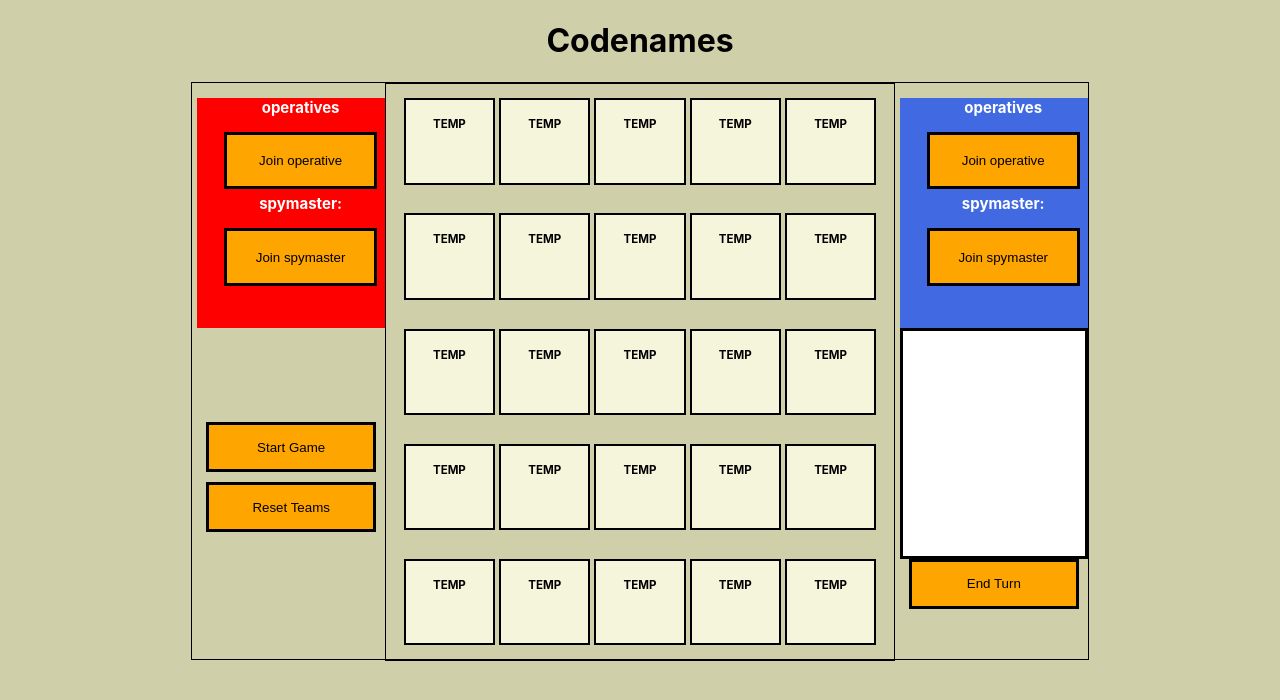
Repository: alcarrizo/Codenames-Fullstack
Page: / (app in client/)
These files come from the project's save history. The page is drawn as it stood at one moment and after the next save; the edit follows.
The browser window is 1280 px wide. The pictures show the whole page.
The project was rebuilt for these pictures with package versions that can differ from the ones it lists, and the page was loaded fresh each time. Imported but missing from the stored project, and not drawn on this page: client/src/reportWebVitals.

Above is the page before, as saved 2023-01-09 20:31:46.

### client/src/index.js
import React from 'react';
import ReactDOM from 'react-dom/client';
import './index.css';
import App from './App';
import reportWebVitals from './reportWebVitals';
import './css/styles.css'


const root = ReactDOM.createRoot(document.getElementById('root'));
root.render(
  <React.StrictMode>
    <App />
  </React.StrictMode>
);

// If you want to start measuring performance in your app, pass a function
// to log results (for example: reportWebVitals(console.log))
// or send to an analytics endpoint. Learn more: https://bit.ly/CRA-vitals
reportWebVitals();

### client/src/App.js
import logo from './logo.svg';
import './App.css';
import { useState, useEffect } from 'react';

const Wrapper = ({ cards }) => {
  return (
    <div className='wrapper'>
      <PlayerSide className="red" />
      <Board cards={cards} />
      <PlayerSide className="blue" />
      <div className='win-screen hide' id='win-screen'></div>
    </div>
  )
}

const Card = ({ word, className }) => {

  return (
    <div className={className}>
      {word === null ? 'temp' : word}
    </div>
  )
}
const PlayerSide = ({ className }) => {
  if (className === 'red') {
    return (
      <div className={className + "Side"}>
        <PlayerInfo className={className} />
        <div className='menu'>
          <Btn className='menuBtn' id="startBtn" name="Start Game" />
          <Btn className='menuBtn' id="resetBtn" name="Reset Teams" />
        </div>
      </div>
    )
  }
  else {
    return (
      <div className={className + "Side"}>
        <PlayerInfo className={className} />
        <div className='clue-log'></div>
        <Btn className='menuBtn' id="endTurn" name="End Turn" />
      </div>
    )
  }
}
const PlayerInfo = ({ className }) => {
  return (
    <div className={className + "Team"}>
      <p>operatives </p>
      <p id={className + '-operative-players'}></p>
      <Btn className="join-button" id={className + '-join-operative'} name="Join operative" />
      <p>spymaster: </p>
      <p id={className + '-spymaster-players'}></p>
      <Btn className="join-button" id={className + '-join-spymaster'} name="Join spymaster" />
      <p id={className + '-remaining-cards'}></p>
    </div>
  )

}

const Btn = (props) => {
  return (
    <button id={props.id} className={props.className}>{props.name}</button>
  )
}

const Board = ({ cards }) => {

  return (
    <div className='gameBoard'>
      {
        cards.map((card, id) =>
          <Card
            key={id}
            className="card"
            word={card} />
        )
      }

    </div>
  )
}

const App = () => {

  const [cards, setCards] = useState(Array(25).fill(null))


  return (
    <div className="App">
      <h1>Codenames</h1>

      <Wrapper cards={cards} />
      <div className='clue-area hide' id='clue-area'>
        <input className='clue-text' id='clue-text' type="text" />
        <div className="rangeDiv" id="rangeDiv">
          <input className="clue-range" id='clueRange' type="range" autoComplete='off' min="0" max="10" defaultValue="0" />
          <h3 className="range-number" id="rangeNumber">0</h3>
        </div>
        <Btn className="clue-submit" id="clue-submit" name="Give Clue" />
      </div>

    </div>
  );
}

export default App;

### client/src/css/styles.css
body {
    background-color: #cfcfaa;
}

body.red {
    background-color: #b44c2b;
}

body.blue {
    background-color: #4799b7;
}

.wrapper {
    position: relative;
    border: 0.05rem solid black;
    width: 70%;
    height: 80vh;
    display: flex;
    background: none;
    margin: 0 auto;

}

.gameBoard {
    display: flex;
    flex-wrap: wrap;
    justify-content: center;
    text-align: center;
    width: 35rem;
    height: 100%;
    /*   width: 500px;
    height: 500px; */
    /*width: 15rem;
    height: 15rem;
    */
    border: 0.05rem solid black;
    margin: auto;
}



.card {
    /* background-color: royalblue; */
    background-color: beige;
    box-sizing: border-box;
    /*width: 75px;
    height: 65px;
  */
    /*   width: 5.5rem;
    height: 5rem; */
    width: 18%;
    height: 15%;
    margin: auto 2px;
    border: 2px black solid;
    font-size: .9vw;
    padding-top: 17px;
    text-transform: uppercase;
    font-weight: bold;
    transition: none;
}

.card.blue {
    background-color: royalblue;

}

.card.red {
    background-color: #ff6000;
}

.card.black {
    background-color: black;
    color: white;

}

.card.beige {
    background-color: #b9b979;
}

.card.blue,
.card.red,
.card.black,
.card.beige {
    transition: background-color 1s;
}

.card.blue.picked,
.card.red.picked,
.card.black.picked,
.card.beige.picked {
    transition: opacity 1s;
    opacity: 50%;
}


.redSide,
.blueSide {
    color: white;
    height: 100%;
    width: 13rem;
    font-size: 15px;
    font-weight: bold;
    padding-left: 5px;
    padding-bottom: 10px;
    margin: 0 auto;
}

.blueTeam,
.redTeam {
    height: 40%;
    margin-top: 10px;
    padding-left: 10%;

    box-sizing: border-box;
}

.redTeam {
    background-color: red;

}

.blueTeam {
    background-color: royalblue;

}

.blueSide {
    height: 100%;
}

.join-button {
    display: block;
    width: 90%;
    height: 25%;
    margin: 0 auto;
    background-color: orange;
    border: black solid 3px;
    margin-bottom: -10px;
}

.join-button.hide {
    display: none;
}

.menuBtn {
    display: block;
    width: 90%;
    height: 50px;
    margin: 0 auto;
    background-color: orange;
    border: black solid 3px;
    margin-bottom: 10px;


}

.menuBtn.hide {
    display: none;
}

.menu {
    display: block;
    width: 100%;
    margin-top: 50%;
}

.clue-log {
    color: black;
    width: 100%;
    height: 40%;
    margin: 10px 0 5;
    padding-left: 10px;
    background-color: white;
    box-sizing: border-box;
    border: black solid 3px;
    overflow-y: auto;
    line-height: 1.5;
}

.rangeDiv {
    display: inline-block;
    text-align: center;

}

.rangeDiv h3 {
    margin: 0;
    display: inline-block;
}

.clue-area {
    margin: 10px auto 0;
    width: 400px;
    height: 50px;
    margin-bottom: 15px;
}

.clue-area.hide {
    display: none;
}

.clue-submit {
    display: block;
    margin: 10px auto 0;
}

.win-screen {
    box-sizing: border-box;
    position: absolute;
    width: 30%;
    height: 30%;
    background-color: orange;
    top: 35%;
    left: 35%;
    text-align: center;
    font-size: 35px;
    line-height: 170px;
    font-weight: 800;
    border: black solid 3px;

}

.win-screen.hide {
    display: none;
}

Loaded but not shown: client/public/index.html (common file); client/src/index.css (common file); client/src/App.css (common file)

After the next save:
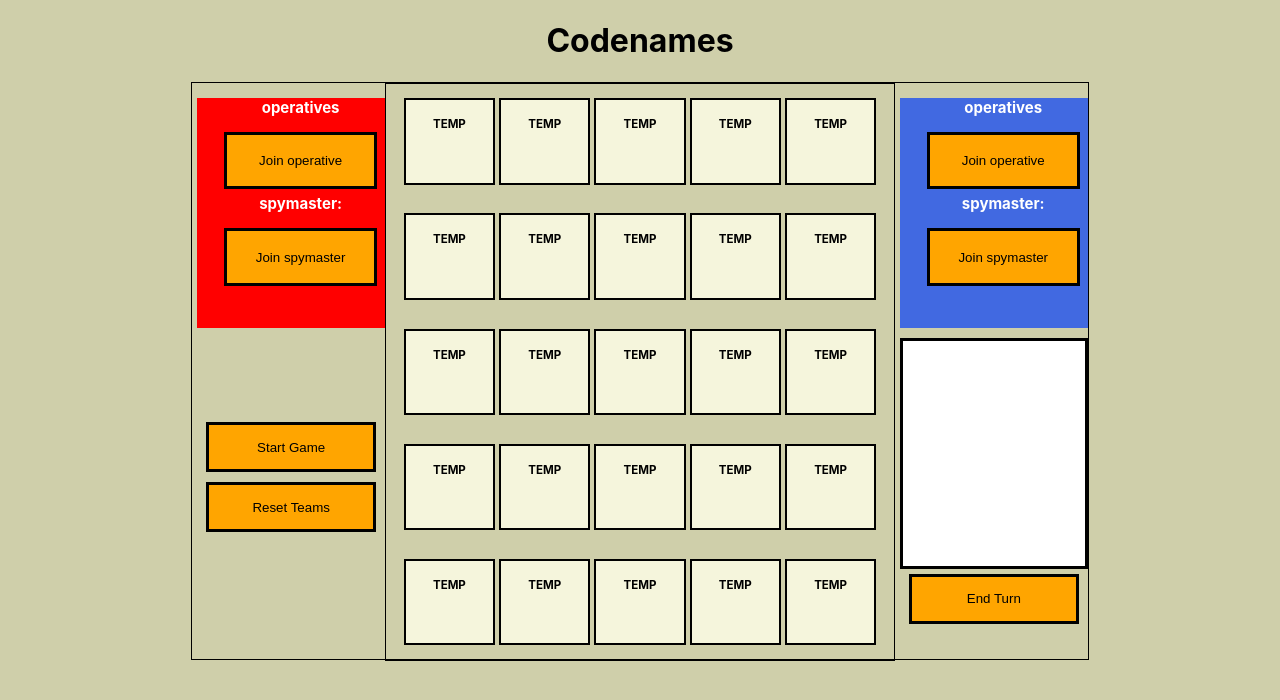
Saved 4 s later.
--- a/client/src/css/styles.css
+++ b/client/src/css/styles.css
@@ -169,7 +169,7 @@ body.blue {
     color: black;
     width: 100%;
     height: 40%;
-    margin: 10px 0 5;
+    margin: 10px 0 5px;
     padding-left: 10px;
     background-color: white;
     box-sizing: border-box;
